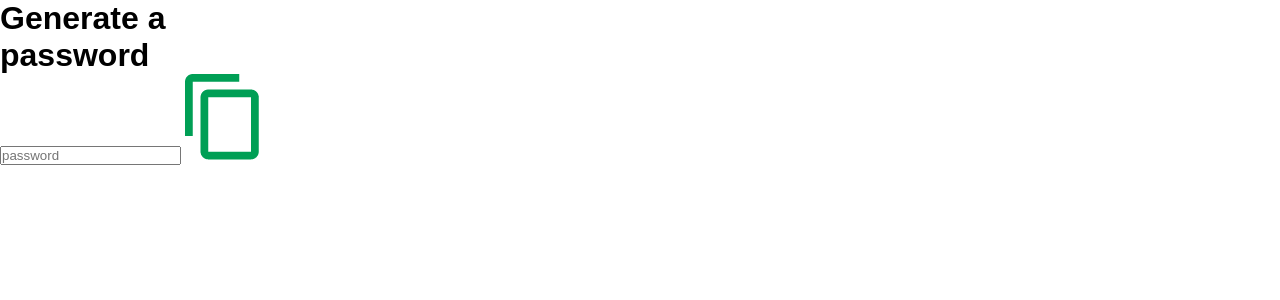
Repository: YAAMAR/password-generator
Page: Random password/index.html
The author's editor kept a copy of each file at every save. The page is drawn from the files as they stood at one save, then again after a run of saves.
The browser window is 1280 px wide. The pictures show the whole page.

Above is the page before, as saved 2024-05-02 18:52:42.

### Random password/index.html
<!DOCTYPE html>
<html lang="en">
<head>
    <meta charset="UTF-8">
    <meta name="viewport" content="width=device-width, initial-scale=1.0">
    <title>Random Password Generator-Easy Tutorials</title>
    <link rel="stylesheet" href="style.css">
</head>
<body>
    <div class="container">

        <h1>Generate a <br>password</h1>
        <div class="display">

            <input type="text" id="password" placeholder="password">
            <img src="images/copy.png">
        </div>
    </div>
</body>
</html>

### Random password/style.css
*{
    margin: 0;
    padding: 0;
    font-family: 'poppins',sans-serif;
    box-sizing: border-box;
}
body{
    background: #;
}

After the next 4 saves:
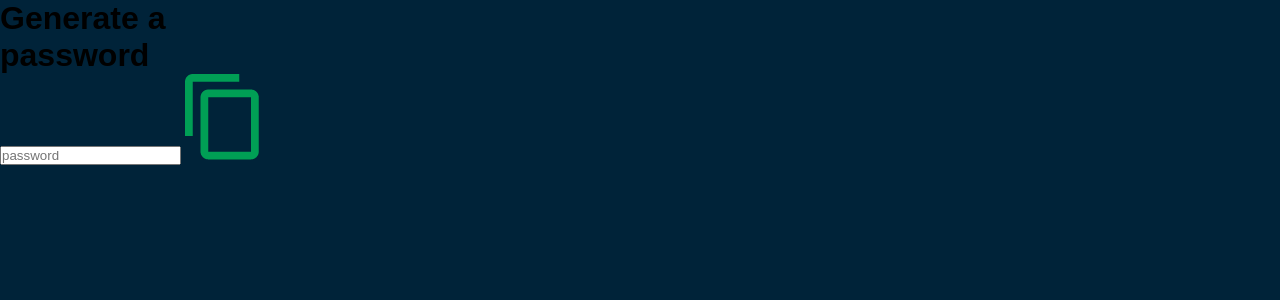
The 4 saves are shown as one change because they came seconds apart.
The last was saved 11 s later.
--- a/Random password/style.css
+++ b/Random password/style.css
@@ -5,5 +5,5 @@
     box-sizing: border-box;
 }
 body{
-    background: #;
+    background: #002339;
 }
